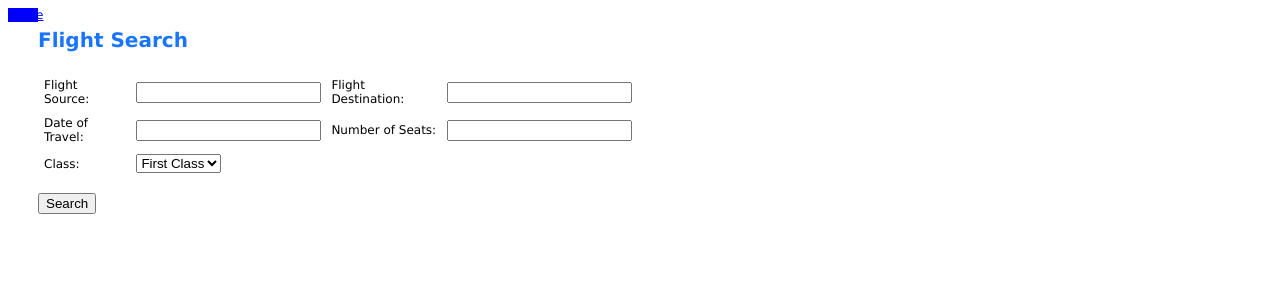
Repository: jliu9000/CSE-464---Flight-Pages
Page: http://localhost/HW1/FlightSearch.jsp
These files come from the project's save history. The page is drawn as it stood at one moment and after the next save; the edit follows.
The browser window is 1280 px wide. The pictures show the whole page.
Some web libraries are served in a nearby version. The page is served by Tomcat 9. Other server files are loaded and not shown.

Above is the page before, as saved 2014-09-25 01:45:46.

### HW1/WebContent/FlightSearch.jsp
<%@ page language="java" contentType="text/html; charset=ISO-8859-1"
    pageEncoding="ISO-8859-1"%>
<!DOCTYPE html PUBLIC "-//W3C//DTD HTML 4.01 Transitional//EN" "http://www.w3.org/TR/html4/loose.dtd">
<html>
<head>
<script src="http://ajax.googleapis.com/ajax/libs/jquery/1.11.1/jquery.min.js"></script>
<meta http-equiv="Content-Type" content="text/html; charset=ISO-8859-1">
<link rel="stylesheet" type="text/css" href="CSS/FlightStyles.css">
<title>Flight Search</title>
</head>


<body>
	<div id='sidebar' class='sidebar'>
        <script>
            $("#sidebar").load("sidebar.html");
        </script>
	</div>
	<div class='main'>
		<p class="PageTitle">Flight Search</p>

		<form name="SearchFlights" action='FlightSearchResults.jsp' method=get>
			<table width=600>
				<tr>
					<TD>Flight Source:</td><td> <input type="text" name="sSource"></TD>
					<td>Flight Destination:</td><td>  <input type="text" name="sDestination"></td>
				</tr>
				<tr>
					<td>Date of Travel: </td><td> <input type="text" name="sDate"></td>
					<td>Number of Seats: </td><td> <input type="text" name="nSeats"></td>
				</tr>
				<tr>
					<td>Class:</td>
					<td>
						<select name="class">
						<option value="first">First Class</option>
						<option value="business">Business</option>
						<option value="economy">Economy</option>
						</select>
					</td>
				</tr>
			</table>
			<br>
			<input type="submit" value="Search">

		</form>

	</div>


</body>
</html>

### HW1/WebContent/CSS/FlightStyles.css
@CHARSET "ISO-8859-1";

body {
	font-family: "Verdana";
	font-size:12px;

}

div.sidebar {
	color:white;
	background-color:blue;
	border-style:none;
	font-size:12px;
	float:left;
	text-align:center;

}
div.main {
	float: left;
}

ul {
	list-style-type: none;
	margin: 0;
    padding: 0;
	width: 30px;
}

a.sidebar {

	display: block;

}

p {
    font-size: 12px;

}

p.PageTitle {
    font-size: 20px;
    color: #1975FF;
    font-weight: bold;
}

p.subheading {

	font-size: 16px;
	color: #5858DA;
}

p.message {
	color: red;
	text-align: center;
}

table {


}

th {
    background-color: #1975FF;
    color: white;
    padding: 4px;
    padding-left: 8px;
	padding-right: 8px;

}

tr {
}

tr.repeatalt {

	padding: 2px;
	padding-left: 5px;
	padding-right: 5px;
	background-color: #E6E6E6;

}

tr.repeat {
	padding: 2px;
	padding-left: 5px;
	padding-right: 5px;

}

td.button{
	text-align: center;
}

td{
	text-align: left;
	padding: 4px;

}

td.key{
	font-weight: bold;
}




#login {
    font-size:12px;
}

### HW1/WebContent/sidebar.html
<!DOCTYPE html PUBLIC "-//W3C//DTD HTML 4.01 Transitional//EN" "http://www.w3.org/TR/html4/loose.dtd">
<html>
<head>
<meta http-equiv="Content-Type" content="text/html; charset=ISO-8859-1">
<link rel="stylesheet" type="text/css" href="CSS/FlightStyles.css">



</head>
<body>



		<ul class="sidebar">
		  <li><a href="FlightSearch.jsp">Home</a></li>

		</ul>


</body>
</html>

After the next save:
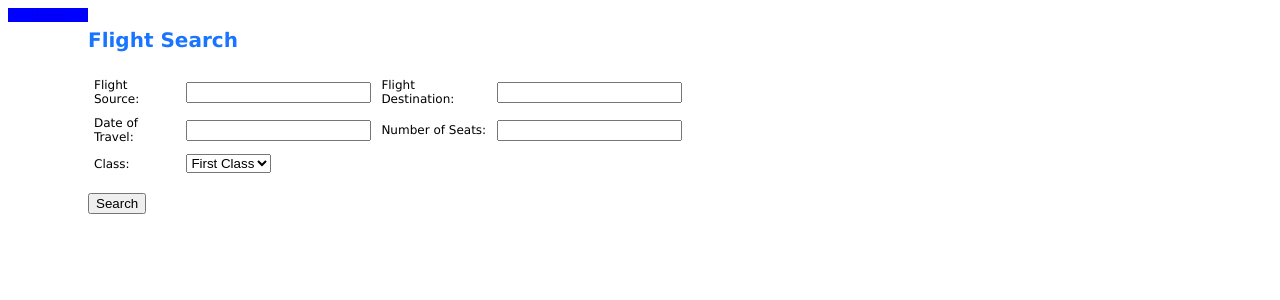
Saved 6 s later.
--- a/HW1/WebContent/CSS/FlightStyles.css
+++ b/HW1/WebContent/CSS/FlightStyles.css
@@ -23,7 +23,7 @@ ul {
 	list-style-type: none;
 	margin: 0;
     padding: 0;
-	width: 30px;
+	width: 80px;
 }
 
 a.sidebar {
